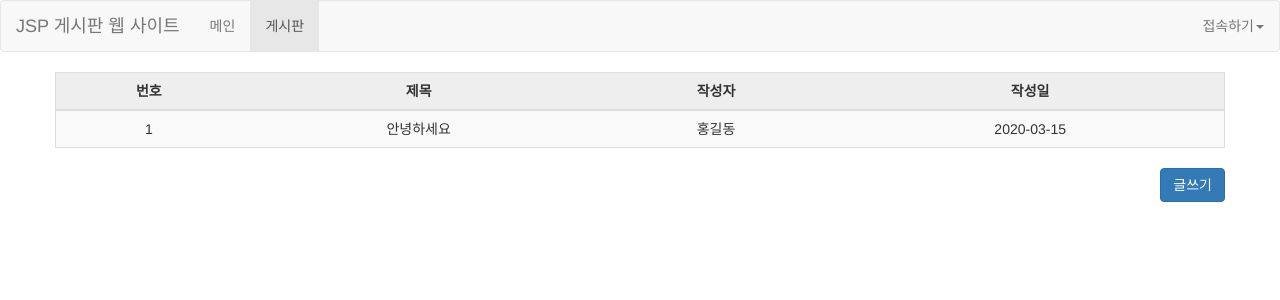
Repository: jk4g2/JSP_BBS
Page: http://localhost/BBS/view.jsp
The author's editor kept a copy of each file at every save. The page is drawn from the files as they stood at one save, then again after the next save.
The browser window is 1280 px wide. The pictures show the whole page.
Some web libraries are served in a nearby version. The page is served by Tomcat 9. Other server files are loaded and not shown.

Above is the page before, as saved 2020-03-15 23:13:22.

### BBS/WebContent/view.jsp
<%@ page language="java" contentType="text/html; charset=UTF-8"
    pageEncoding="UTF-8"%>
<%@ page import="java.io.PrintWriter" %>
<!DOCTYPE html>
<html>
<head>
	<meta http-equiv="Content-Type" content="text/html; charset=UTF-8">
	<meta name ="viewport" content="width=device-width", initial-scale="1">
	<link rel="stylesheet" href="css/bootstrap.css">
	<script src="https://ajax.googleapis.com/ajax/libs/jquery/3.2.1/jquery.min.js"></script>
	<title>JSP 게시판 웹사이트</title>
</head>
<body>
	<%
		String userID = null;
		if (session.getAttribute("userID") != null){
			userID = (String) session.getAttribute("userID");
		}
	%>
	<nav class="navbar navbar-default">
		<div class="navbar-header">
			<button type="button" class="navbar-toggle collapsed"
			data-toggle="collapse" data-target="#bs-example-navbar-collapse-1"
			aria-expanded="false">
				<span class="icon-bar"></span>
				<span class="icon-bar"></span>
				<span class="icon-bar"></span>
			</button>
			<a class="navbar-brand" href="main.jsp">JSP 게시판 웹 사이트</a>
		</div>
		<div class="colapse navbar-collapse" id="bs-example-navbar-collapse-1">
			<ul class="nav navbar-nav">
				<li><a href="main.jsp">메인</a></li>
				<li class ="active"><a href="bbs.jsp">게시판</a></li>
			</ul>
			<%
				if(userID == null){
			%>
			<ul class="nav navbar-nav navbar-right">
				<li class="dropdown">
					<a href="#" class="dropdown-toggle"
						data-toggle="dropdown" role="button" aria-haspopup="true"
						aria-expanded="false">접속하기<span class="caret"></span></a>
					<ul class="dropdown-menu">
						<li><a href="login.jsp">로그인</a></li>
						<li><a href="join.jsp">회원가입</a></li>
					</ul>
				</li>
			</ul>
			<%
				}else{
			%>
			<ul class="nav navbar-nav navbar-right">
				<li class="dropdown">
					<a href="#" class="dropdown-toggle"
						data-toggle="dropdown" role="button" aria-haspopup="true"
						aria-expanded="false">회원관리<span class="caret"></span></a>
					<ul class="dropdown-menu">
						<li><a href="logoutAction.jsp">로그아웃</a></li>
					</ul>
				</li>
			</ul>
			<%
				}
			%>

		</div>
	</nav>
	<div class="container">
		<div class="row">
			<table class="table table-striped" style="text-align: center; border: 1px solid #dddddd">
				<thead>
					<tr>
						<th style="background-color: #eeeeee; text-align:center;">번호</th>
						<th style="background-color: #eeeeee; text-align:center;">제목</th>
						<th style="background-color: #eeeeee; text-align:center;">작성자</th>
						<th style="background-color: #eeeeee; text-align:center;">작성일</th>
					</tr>
				</thead>
				<tbody>
					<tr>
						<td>1</td>
						<td>안녕하세요</td>
						<td>홍길동</td>
						<td>2020-03-15</td>
					</tr>
				</tbody>
			</table>
			<a href="write.jsp" class="btn btn-primary pull-right">글쓰기</a>
		</div>
	</div>

	<script src="js/bootstrap.js"></script>
	<script src="https://code.jquery.com/jquery-3.1.1.min.js"></script>
</body>
</html>

Loaded but not shown: BBS/WebContent/css/bootstrap.css (library); BBS/WebContent/js/bootstrap.js (library)

After the next save:
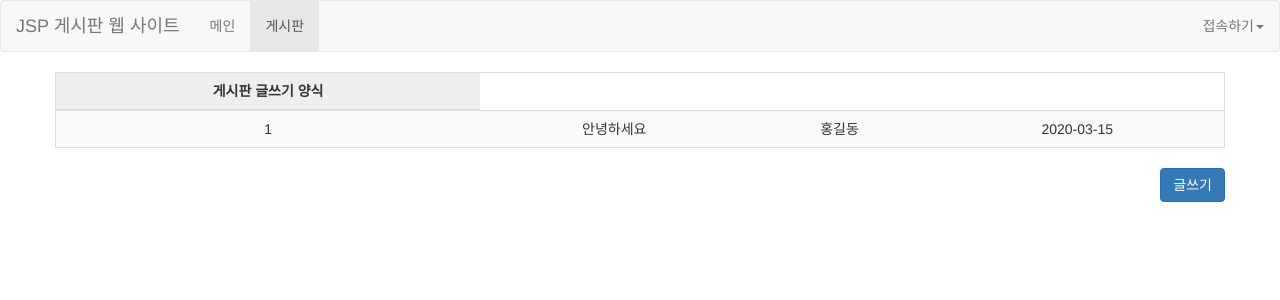
Saved 86 s later.
--- a/BBS/WebContent/view.jsp
+++ b/BBS/WebContent/view.jsp
@@ -71,10 +71,7 @@
 			<table class="table table-striped" style="text-align: center; border: 1px solid #dddddd">
 				<thead>
 					<tr>
-						<th style="background-color: #eeeeee; text-align:center;">번호</th>
-						<th style="background-color: #eeeeee; text-align:center;">제목</th>
-						<th style="background-color: #eeeeee; text-align:center;">작성자</th>
-						<th style="background-color: #eeeeee; text-align:center;">작성일</th>
+						<th style="background-color: #eeeeee; text-align:center;">게시판 글쓰기 양식</th>
 					</tr>
 				</thead>
 				<tbody>
